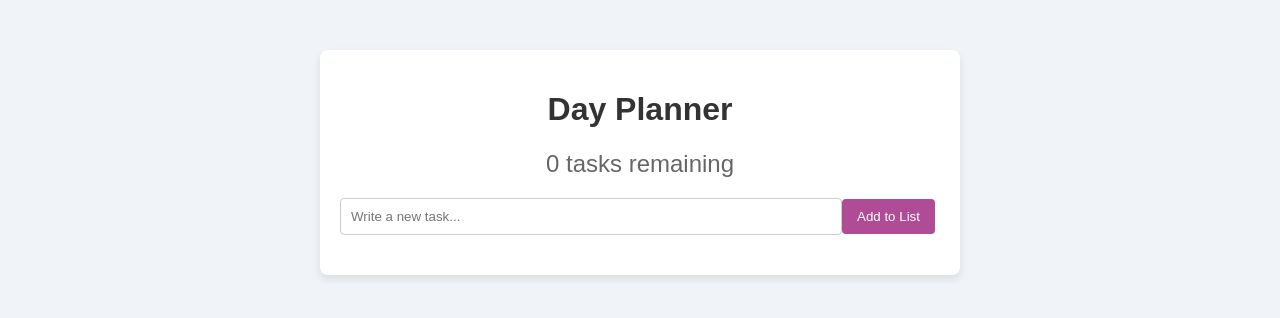
Repository: madelinestruthers/shema-lab04
Page: /
These files come from the project's save history. The page is drawn as it stood at one moment and after the next save; the edit follows.
The browser window is 1280 px wide. The pictures show the whole page.
The project was rebuilt for these pictures with package versions that can differ from the ones it lists, and the page was loaded fresh each time. Also part of the build but not shown: src/components/Task.jsx.

Above is the page before, as saved 2024-10-20 20:06:04.

After the next save:
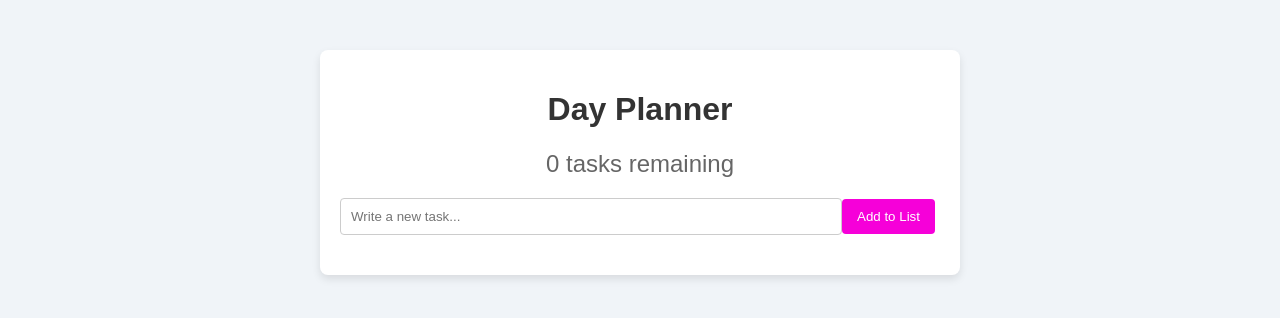
Saved 9 s later.
--- a/src/index.css
+++ b/src/index.css
@@ -67,7 +67,7 @@ input[type="text"] {
 }
 
 button {
-  background-color: #af4c95;
+  background-color: #f600d9;
   color: white;
   border: none;
   padding: 10px 15px;
